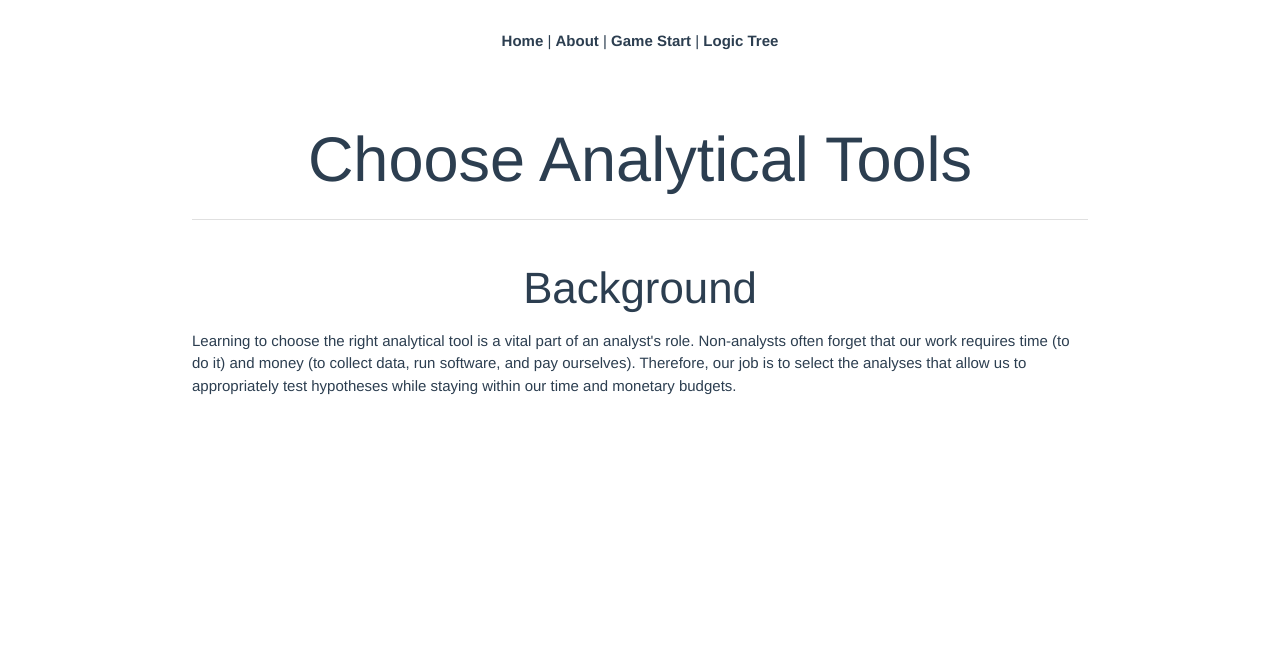
Repository: gallard28/posc4210app
Page: /#/choose_tools
An editor plug-in stored every save of this project. The page is shown before and after the next save, followed by the edit.
The browser window is 1280 px wide. The pictures show the whole page.
The project was rebuilt for these pictures with package versions that can differ from the ones it lists, and the page was loaded fresh each time. Also part of the build but not shown: src/views/Home.vue, src/views/Start.vue, src/views/Scenario.vue, src/views/Prioritize.vue.

Above is the page before, as saved 2020-09-20 21:39:07.

### public/index.html
<!DOCTYPE html>
<html lang="en">
  <head>
    <meta charset="utf-8">
    <meta http-equiv="X-UA-Compatible" content="IE=edge">
    <meta name="viewport" content="width=device-width,initial-scale=1.0">
    <link rel="icon" href="<%= BASE_URL %>favicon.ico">
    <title><%= htmlWebpackPlugin.options.title %></title>

    <!-- Materialize CSS -->
    <!-- Compiled and minified CSS -->
    <link rel="stylesheet" href="https://cdnjs.cloudflare.com/ajax/libs/materialize/1.0.0/css/materialize.min.css">

    <!-- Compiled and minified JavaScript -->
    <script src="https://cdnjs.cloudflare.com/ajax/libs/materialize/1.0.0/js/materialize.min.js"></script>

    <!-- Google Fonts -->
    <link href="https://fonts.googleapis.com/icon?family=Material+Icons" rel="stylesheet">

  </head>
  <body>
    <noscript>
      <strong>We're sorry but <%= htmlWebpackPlugin.options.title %> doesn't work properly without JavaScript enabled. Please enable it to continue.</strong>
    </noscript>
    <div id="app"></div>
    <!-- built files will be auto injected -->
  </body>
</html>

### src/App.vue
<template>
  <div id="app">
    <div id="nav">
      <router-link to="/">Home</router-link> |
      <router-link to="/about">About</router-link> |
      <router-link to="/start">Game Start</router-link> |
      <router-link to="/scenario">Logic Tree</router-link>
    </div>
    <router-view/>
  </div>
</template>

<style>
#app {
  font-family: Avenir, Helvetica, Arial, sans-serif;
  -webkit-font-smoothing: antialiased;
  -moz-osx-font-smoothing: grayscale;
  text-align: center;
  color: #2c3e50;
}

#nav {
  padding: 30px;
}

#nav a {
  font-weight: bold;
  color: #2c3e50;
}

#nav a.router-link-exact-active {
  color: #42b983;
}
</style>

### src/router/index.js
import Vue from 'vue'
import VueRouter from 'vue-router'
import Home from '../views/Home.vue'
import Start from '../views/Start.vue'
import Scenario from '../views/Scenario.vue'
import Prioritize from '../views/Prioritize.vue'
import Choose_tools from '../views/Choose_tools.vue'

Vue.use(VueRouter)

const routes = [
  {
    path: '/',
    name: 'Home',
    component: Home
  },
  {
    path: '/start',
    name: 'Start',
    component: Start
  },
  {
    path: '/scenario',
    name: 'Scenario',
    component: Scenario
  },
  {
    path: '/prioritize',
    name: 'Prioritize',
    component: Prioritize
  },
  {
    path: '/choose_tools',
    name: 'Choose_tools',
    component: Choose_tools
  },
  {
    path: '/about',
    name: 'About',
    // route level code-splitting
    // this generates a separate chunk (about.[hash].js) for this route
    // which is lazy-loaded when the route is visited.
    component: () => import(/* webpackChunkName: "about" */ '../views/About.vue')
  }
]

const router = new VueRouter({
  routes
})

export default router

### src/views/Choose_tools.vue
<template>
  <div class="Choose container">
    <h1>Choose Analytical Tools</h1>
      <div class="divider"></div>
      <div class="section">
        <div class="row">
          <h3>Background</h3>
          <p class="left-align">Learning to choose the right analytical tool is a vital part of an analyst's role. Non-analysts often forget that our work requires time (to do it) and money (to collect data, run software, and pay ourselves). Therefore, our job is to select the analyses that allow us to appropriately test hypotheses while staying within our time and monetary budgets.</p>

        </div>
      </div>
  </div>
</template>

<script>
export default {
  name: 'Choose_tools'
}
</script>

<style scoped>

</style>

Loaded but not shown: src/main.js (common file)

After the next save:
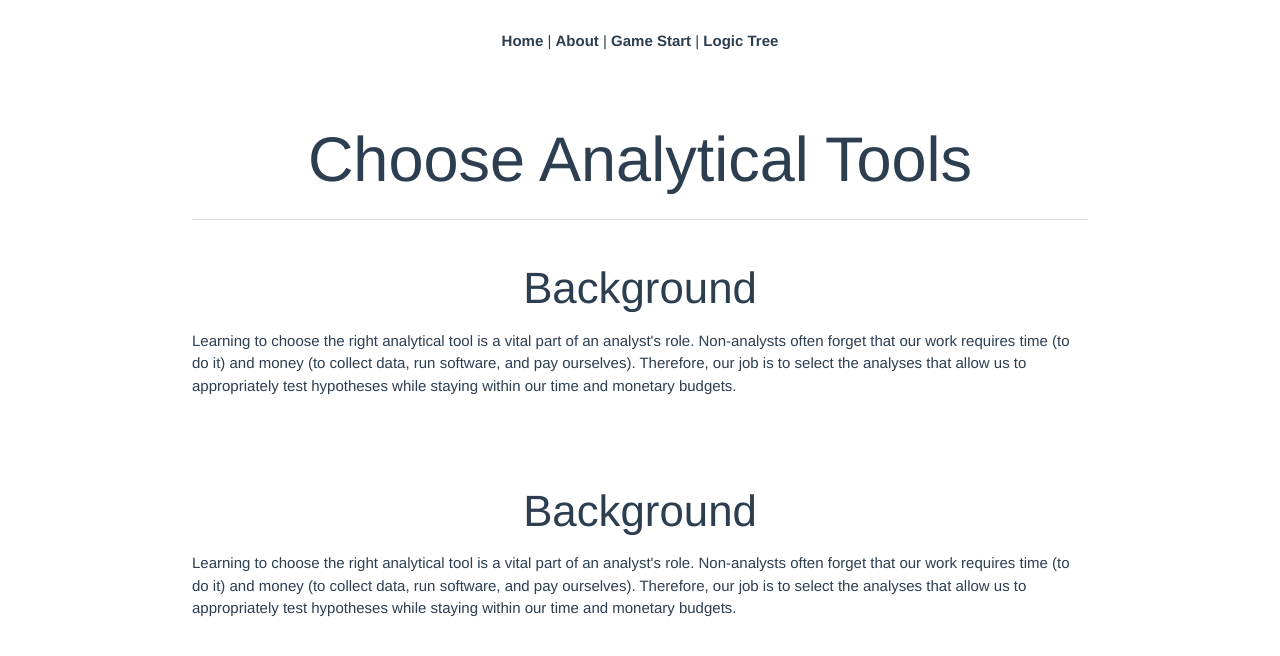
Saved 37 s later.
--- a/src/views/Choose_tools.vue
+++ b/src/views/Choose_tools.vue
@@ -4,6 +4,10 @@
       <div class="divider"></div>
       <div class="section">
         <div class="row">
+          <h3>Background</h3>
+          <p class="left-align">Learning to choose the right analytical tool is a vital part of an analyst's role. Non-analysts often forget that our work requires time (to do it) and money (to collect data, run software, and pay ourselves). Therefore, our job is to select the analyses that allow us to appropriately test hypotheses while staying within our time and monetary budgets.</p>
+          <br>
+          <br>
           <h3>Background</h3>
           <p class="left-align">Learning to choose the right analytical tool is a vital part of an analyst's role. Non-analysts often forget that our work requires time (to do it) and money (to collect data, run software, and pay ourselves). Therefore, our job is to select the analyses that allow us to appropriately test hypotheses while staying within our time and monetary budgets.</p>
 
